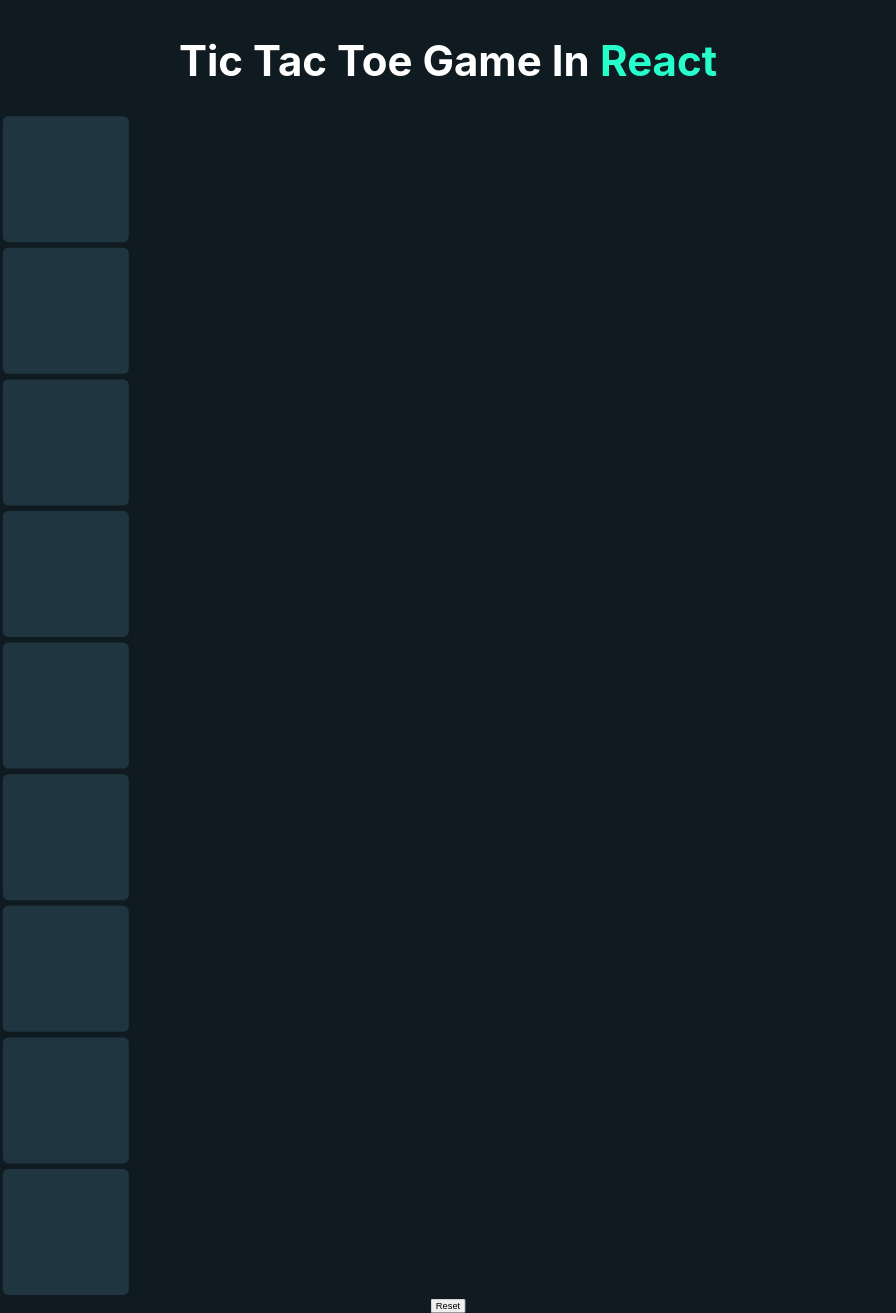
Repository: GigaByte6610/TicTacToe
Page: /
These files come from the project's save history. The page is drawn as it stood at one moment and after the next save; the edit follows.
The browser window is 1280 px wide. The pictures show the whole page, at 70% of full size.
The project was rebuilt for these pictures with package versions that can differ from the ones it lists, and the page was loaded fresh each time. Also part of the build but not shown: src/App.css.

Above is the page before, as saved 2025-01-31 12:44:36.

After the next save:
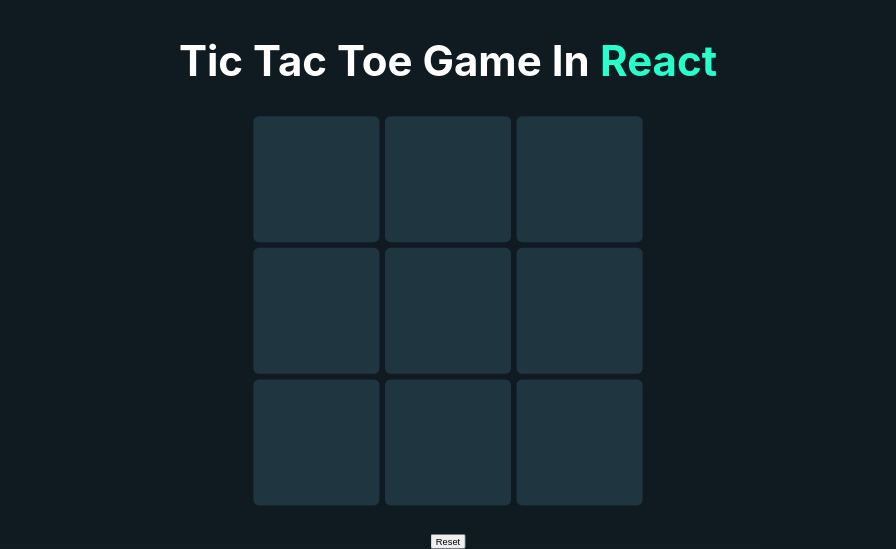
Saved 70 s later.
--- a/src/Components/TicTacToe/TicTacToe.css
+++ b/src/Components/TicTacToe/TicTacToe.css
@@ -25,3 +25,10 @@
     border-radius: 12px;
     cursor: pointer;
 }
+
+.board {
+    height: 600px;
+    width: 564px;
+    display: flex;
+    margin: auto;
+}
